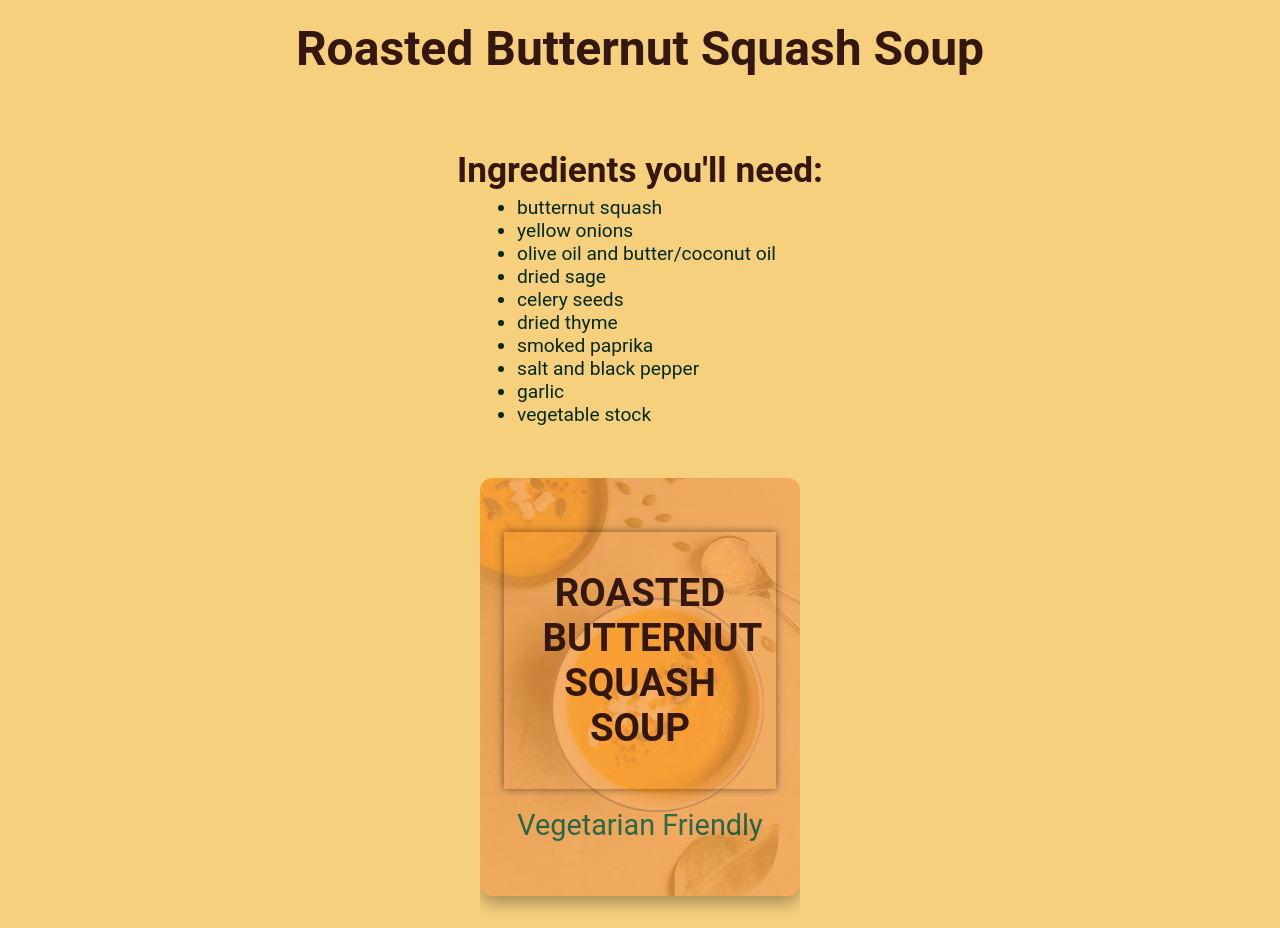
Repository: IDMX225/css-card-flip-LyssaMA
Page: src/index.html
An editor plug-in stored every save of this project. The page is shown before and after the next save, followed by the edit.
The browser window is 1280 px wide. The pictures show the whole page.
The style sheet was rebuilt from its Sass, Less or Tailwind sources for each picture, by a compiler version that may differ from the author's.

Above is the page before, as saved 2024-11-12 23:13:51.
Not found: src/js/index.js

### src/index.html
<!DOCTYPE html>
<html lang="en">

<head>
  <meta charset="UTF-8">
  <meta name="viewport" content="width=device-width, initial-scale=1.0">
  <meta name="description" content="A modern CSS page">
  <meta name="generator" content="Eleventy v1.2">
  <title>Recipe</title>
  <link rel="shortcut icon" href="images/squash.png" type="image/png">
  <link rel="stylesheet" href="css/main.css">
</head>

<body>
  <!-- Title above the card -->
  <div class="title-above-card">Roasted Butternut Squash Soup</div>

  <!-- Ingredients Section -->
  <div class="ingredients">
    <div class="ingredients-heading">Ingredients you'll need:</div>
    <ul class="ingredients-list">
      <li>butternut squash</li>
      <li>yellow onions</li>
      <li>olive oil and butter/coconut oil</li>
      <li>dried sage</li>
      <li>celery seeds</li>
      <li>dried thyme</li>
      <li>smoked paprika</li>
      <li>salt and black pepper</li>
      <li>garlic</li>
      <li>vegetable stock</li>
    </ul>
  </div>

  <!-- The Card with the Recipe Title inside -->
  <div class="card">
    <div class="card__content">
      <div class="card__front">
        <!-- Image added to the front -->
        <img src="images/squashsoup.jpg" alt="Roasted Butternut Squash Soup" class="card__image">
        <h3 class="card__title">Roasted Butternut Squash Soup</h3>
        <p class="card__subtitle">Vegetarian Friendly</p>
      </div>

      <div class="card__back">
        <p class="card__body">To roast the squash, simply place the seasoned squash onto two large baking sheets lined
          with aluminum foil for easy cleanup. Roast in the oven for 45 minutes at 400°F.
          There's no need to flip over the squash halfway through roasting. Just let it go for 45 minutes and that's it!
          Enjoy!</p>
      </div>
    </div>
  </div>

  <script src="js/index.js"></script>
</body>

</html>

### src/sass/main.scss
:root {
  --level-three: translateZ(9rem);
  --fw-normal: 400;
  --fw-bold: 700;
  --clr: #f59e42; /* Squash Soup Orange */
  --clr-dark: #331710; /* Dark brown for card back */
  --font-family: 'Roboto', sans-serif;
}

*,
*::before,
*::after {
  box-sizing: border-box;
  margin: 0;
}

body {
  font-family: var(--font-family);
  height: 100vh;
  display: grid;
  place-items: center;
  padding: 20px;
  background-color: #f7d07d; /* Set background to the yellow color you want */
}

/* Title Above the Card */
.title-above-card {
  font-family: var(--font-family);
  font-size: 3rem;
  font-weight: var(--fw-bold);
  text-align: center;
  margin-bottom: 1.5em;
  color: #331710;
}

/* Ingredients Section */
.ingredients {
  text-align: center;
  margin-bottom: 2em;
}

.ingredients-heading {
  font-family: var(--font-family);
  font-size: 2.2rem;
  font-weight: var(--fw-bold);
  color: #331710;
  margin-bottom: 5px;
}

.ingredients-list {
  text-align: left;
  font-family: var(--font-family);
  font-size: 1.2rem;
  color: #022915; /* Dark green color */
  list-style-type: disc;
  margin-left: 20px;
}

/* Card Container */
.card {
  width: 320px;
  height: 450px;
  perspective: 1000px;
  border-radius: 12px;
  overflow: hidden;
  padding-bottom: 2em;
  display: flex;
  flex-direction: column;
  position: relative;
  margin-top: 20px;
}

/* Card Content */
.card__content {
  position: relative;
  width: 100%;
  height: 100%;
  transform-style: preserve-3d;
  transition: transform 0.6s;
}

.card:hover .card__content {
  transform: rotateY(180deg);
}

/* Front and Back of the Card */
.card__front,
.card__back {
  position: absolute;
  top: 0;
  left: 0;
  right: 0;
  bottom: 0;
  backface-visibility: hidden;
  display: flex;
  justify-content: center;
  align-items: center;
  border-radius: 12px;
  box-sizing: border-box;
  width: 100%;
  height: 100%;
}

/* Front of the Card */
.card__front {
  background-color: var(--clr);
  color: #034d28;
  padding: 1.5em;
  border-radius: 12px;
  box-shadow: 0 8px 16px rgba(0, 0, 0, 0.3);
  position: relative;
  display: flex;
  flex-direction: column;
  justify-content: center;
  align-items: center;
  text-align: center;
  z-index: 1;
  overflow: hidden;
}

/* Image on the Front of the Card */
.card__image {
  position: absolute;
  top: 0;
  left: 0;
  right: 0;
  bottom: 0;
  width: 100%;
  height: 100%;
  object-fit: cover;
  opacity: 0.3;
  z-index: 0;
  object-position: center;
}

/* Title on Card Front */
.card__title {
  font-family: var(--font-family);
  font-size: 2.4rem;
  font-weight: var(--fw-bold);
  text-transform: uppercase;
  color: #331710;
  box-shadow: 0 0 8px rgba(0, 0, 0, 0.5);
  padding: 1em;
  text-align: center;
  position: relative;
  z-index: 2;
  width: 100%;
  box-sizing: border-box;
  margin-bottom: 0.5em;
}

/* Subtitle on Card */
.card__subtitle {
  font-family: var(--font-family);
  font-size: 1.8rem;
  font-weight: var(--fw-normal);
  text-align: center;
  margin-top: 0;
}

/* Image on Front of Card */
.card__image {
  position: absolute;
  top: 0;
  left: 0;
  right: 0;
  bottom: 0;
  object-fit: cover;
  opacity: 0.2;
  z-index: 0;
  width: 100%;
  height: 100%;
  object-position: center;
}

/* Back of the Card */
.card__back {
  background: var(--clr-dark);
  color: #f7d07d;
  transform: rotateY(180deg);
  border-radius: 12px;
  padding: 2em;
  box-sizing: border-box;
  text-align: center;
  z-index: 1;
  overflow: hidden;
}

.card__body {
  font-family: var(--font-family);
  font-size: 1.1rem;
  line-height: 1.5;
  text-align: center;
  max-width: 90%;
  box-sizing: border-box;
  padding: 1em;
}

After the next save:
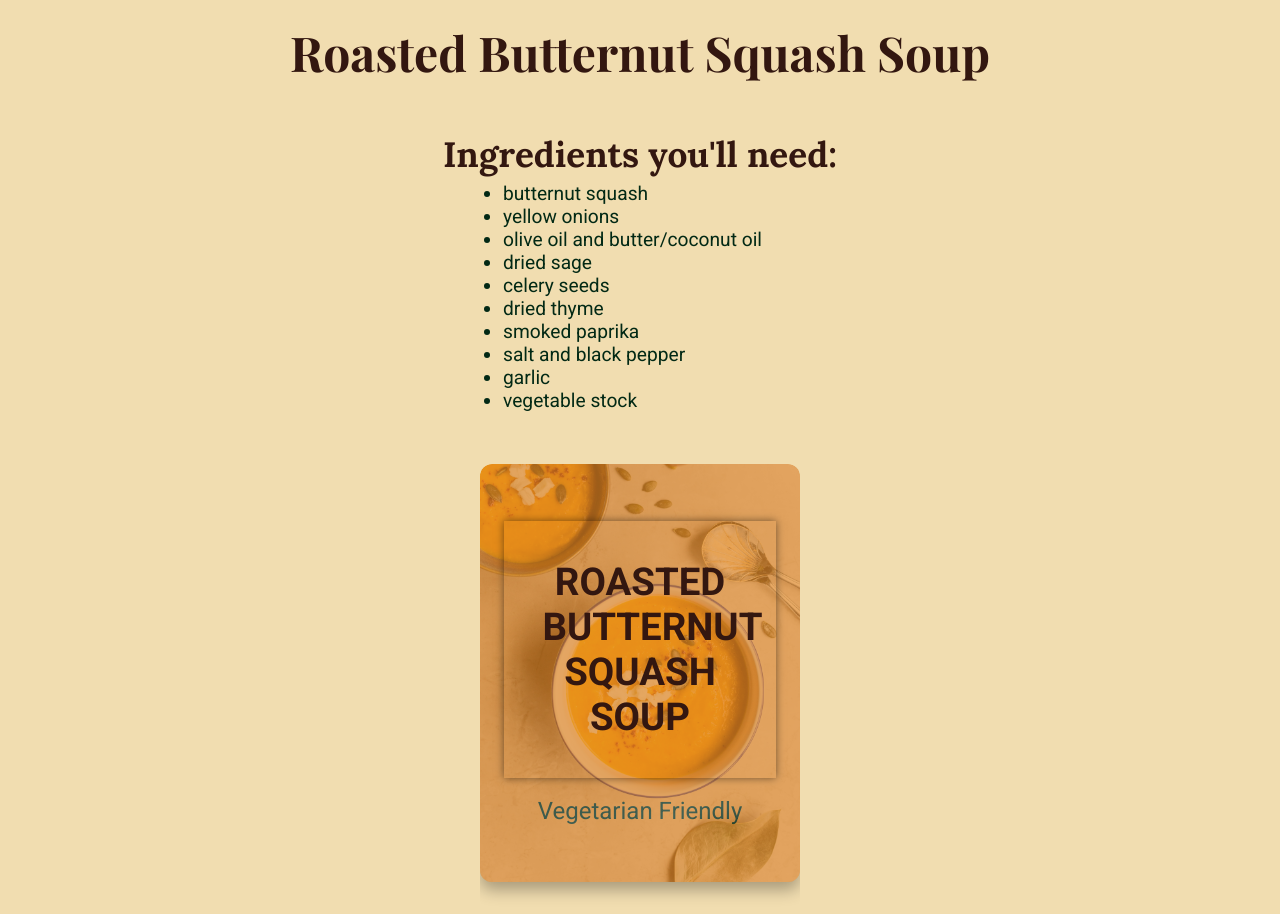
Saved 3 min 52 s later.
--- a/src/sass/main.scss
+++ b/src/sass/main.scss
@@ -1,12 +1,20 @@
+/* Import Google Fonts */
+@import url('https://fonts.googleapis.com/css2?family=Roboto:wght@400;700&display=swap');
+@import url('https://fonts.googleapis.com/css2?family=Playfair+Display:wght@400;700&display=swap');
+@import url('https://fonts.googleapis.com/css2?family=Lora:wght@400;700&display=swap');
+
 :root {
   --level-three: translateZ(9rem);
   --fw-normal: 400;
   --fw-bold: 700;
-  --clr: #f59e42; /* Squash Soup Orange */
-  --clr-dark: #331710; /* Dark brown for card back */
-  --font-family: 'Roboto', sans-serif;
-}
-
+  --clr: #e08624; /* Squash Soup Orange */
+  --clr-dark: #331710; /* Dark brown for the card back */
+  --font-family-roboto: 'Roboto', sans-serif;
+  --font-family-playfair: 'Playfair Display', serif;
+  --font-family-lora: 'Lora', serif;
+}
+
+/* Universal Reset */
 *,
 *::before,
 *::after {
@@ -14,22 +22,23 @@
   margin: 0;
 }
 
+/* Body */
 body {
-  font-family: var(--font-family);
+  font-family: var(--font-family-roboto);
   height: 100vh;
   display: grid;
   place-items: center;
   padding: 20px;
-  background-color: #f7d07d; /* Set background to the yellow color you want */
-}
-
-/* Title Above the Card */
+  background-color: #f1ddb0;
+}
+
+/* Title Above Card */
 .title-above-card {
-  font-family: var(--font-family);
+  font-family: var(--font-family-playfair);
   font-size: 3rem;
   font-weight: var(--fw-bold);
   text-align: center;
-  margin-bottom: 1.5em;
+  margin-bottom: 1em;
   color: #331710;
 }
 
@@ -40,7 +49,7 @@ body {
 }
 
 .ingredients-heading {
-  font-family: var(--font-family);
+  font-family: var(--font-family-lora);
   font-size: 2.2rem;
   font-weight: var(--fw-bold);
   color: #331710;
@@ -49,7 +58,7 @@ body {
 
 .ingredients-list {
   text-align: left;
-  font-family: var(--font-family);
+  font-family: var(--font-family-roboto);
   font-size: 1.2rem;
   color: #022915; /* Dark green color */
   list-style-type: disc;
@@ -60,7 +69,7 @@ body {
 .card {
   width: 320px;
   height: 450px;
-  perspective: 1000px;
+  perspective: 1200px; /* 3D Perspective */
   border-radius: 12px;
   overflow: hidden;
   padding-bottom: 2em;
@@ -68,6 +77,8 @@ body {
   flex-direction: column;
   position: relative;
   margin-top: 20px;
+  margin-bottom: 10px;
+  transition: transform 0.8s ease-out; /* Smooth scaling */
 }
 
 /* Card Content */
@@ -80,7 +91,7 @@ body {
 }
 
 .card:hover .card__content {
-  transform: rotateY(180deg);
+  transform: rotateY(180deg); /* 3D Flip Effect */
 }
 
 /* Front and Back of the Card */
@@ -104,7 +115,7 @@ body {
 /* Front of the Card */
 .card__front {
   background-color: var(--clr);
-  color: #034d28;
+  color: #022c17;
   padding: 1.5em;
   border-radius: 12px;
   box-shadow: 0 8px 16px rgba(0, 0, 0, 0.3);
@@ -135,7 +146,7 @@ body {
 
 /* Title on Card Front */
 .card__title {
-  font-family: var(--font-family);
+  font-family: var(--font-family-roboto); /* Changed back to Roboto */
   font-size: 2.4rem;
   font-weight: var(--fw-bold);
   text-transform: uppercase;
@@ -152,26 +163,11 @@ body {
 
 /* Subtitle on Card */
 .card__subtitle {
-  font-family: var(--font-family);
-  font-size: 1.8rem;
+  font-family: var(--font-family-roboto);
+  font-size: 1.5rem;
   font-weight: var(--fw-normal);
   text-align: center;
   margin-top: 0;
-}
-
-/* Image on Front of Card */
-.card__image {
-  position: absolute;
-  top: 0;
-  left: 0;
-  right: 0;
-  bottom: 0;
-  object-fit: cover;
-  opacity: 0.2;
-  z-index: 0;
-  width: 100%;
-  height: 100%;
-  object-position: center;
 }
 
 /* Back of the Card */
@@ -187,8 +183,9 @@ body {
   overflow: hidden;
 }
 
+/* Body Text on Back */
 .card__body {
-  font-family: var(--font-family);
+  font-family: var(--font-family-roboto);
   font-size: 1.1rem;
   line-height: 1.5;
   text-align: center;
@@ -196,3 +193,14 @@ body {
   box-sizing: border-box;
   padding: 1em;
 }
+
+/* Hover Effects */
+.card:hover {
+  transform: scale(1.05); /* Slightly scale up the card */
+}
+
+/* Shadow Effect on Hover */
+.card:hover .card__front,
+.card:hover .card__back {
+  box-shadow: 0 8px 20px rgba(0, 0, 0, 0.3), 0 0 30px rgba(0, 0, 0, 0.5);
+}
